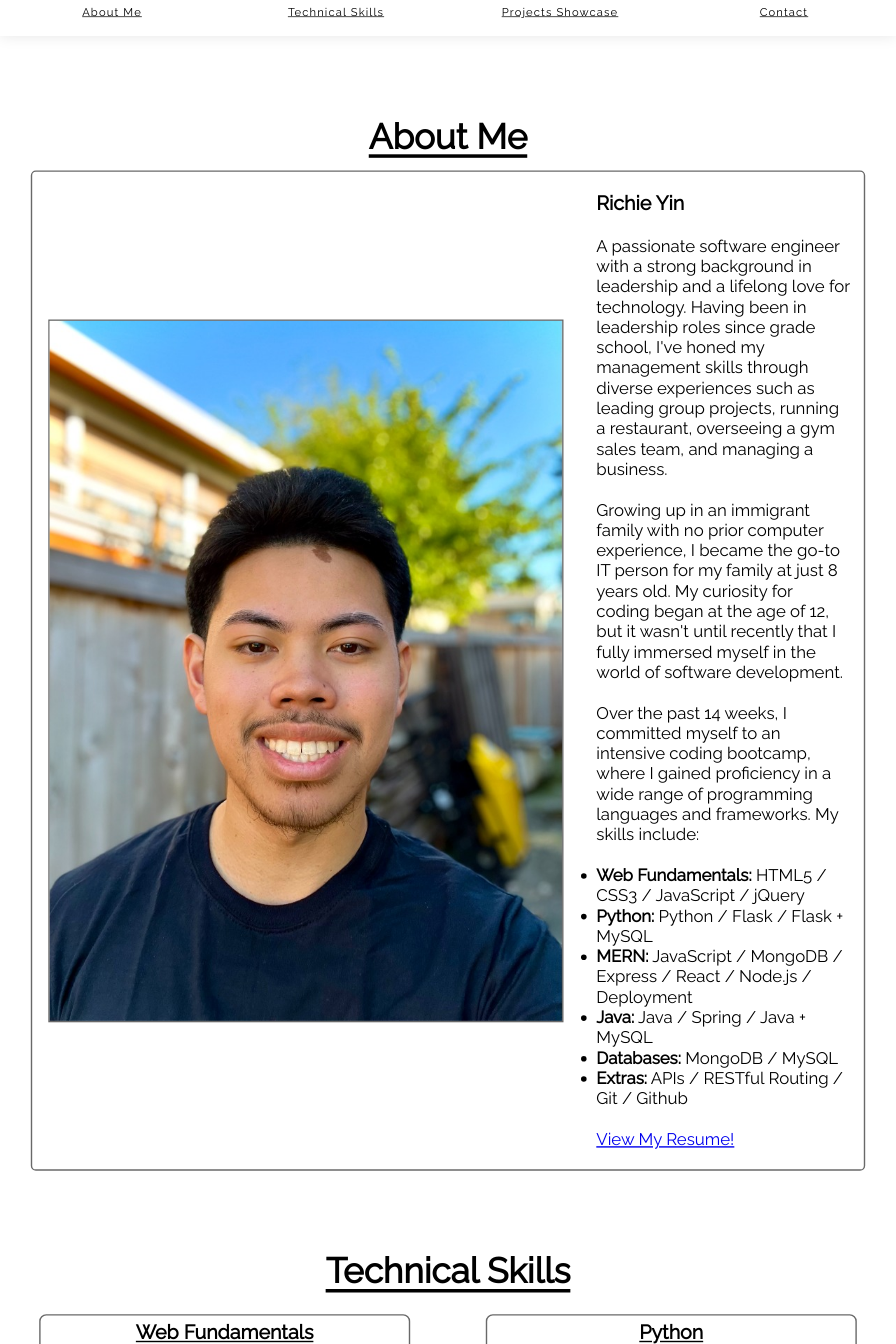
Repository: RICHIE-YIN/Personal-Portfolio
Page: index.html
The author's editor kept a copy of each file at every save. The page is drawn from the files as they stood at one save, then again after the next save.
The browser window is 1280 px wide. The pictures show the part of the page from y = 668 to 2588 px (the page is 4193 px tall), at 70% of full size.
Some web fonts or font styles are not loaded; a fallback is used.

Above is the page before, as saved 2023-06-12 16:47:44.
Console error: ReferenceError: $ is not defined

### index.html
<!DOCTYPE html>
<html lang="en">
<head>
    <meta charset="UTF-8">
    <meta http-equiv="X-UA-Compatible" content="IE=edge">
    <meta name="viewport" content="width=device-width, initial-scale=1.0">
    <title>Document</title>
    <link rel="stylesheet" href="styles.css">
    <style></style>
    <style>
        @import url('https://fonts.googleapis.com/css2?family=Balsamiq+Sans&family=Raleway&family=Roboto&display=swap');
    </style>
</head>
<body>
    <div class="contianer">
        <section class="et-hero-tabs">
            <div class="typewriter">
                <h1 id="text">Richie Yin</h1>
            </div>
            <h3>Coding Dojo Graduate 2023</h3>
            <h3>PYTHON / MERN / JAVA</h3>
            <div id="navbar" class="et-hero-tabs-container">
                <a class="et-hero-tab" href="#profile-section">About Me</a>
                <a class="et-hero-tab" href="#skills-section">Technical Skills</a>
                <a class="et-hero-tab" href="#section5">Projects Showcase</a>
                <a class="et-hero-tab" href="#section7">Contact</a>
                <span class="et-hero-tab-slider"></span>
            </div>

        </section>
        <br>
        <br>
        <br>
        <br>
        <br>
        <br>
        <div id="profile-section" class="profile-section">
            <h1 id="about-me">About Me</h1>
            <br>
            <div class="profile-content">
                <img src="download.jpeg" alt="picture">
                <div class="profile-text">
                    <br>
                    <h3>Richie Yin</h3>
                    <br>
                    <p>A passionate software engineer with a strong background in leadership and a lifelong love for technology. Having been in leadership roles since grade school, I've honed my management skills through diverse experiences such as leading group projects, running a restaurant, overseeing a gym sales team, and managing a business.
                    <br>
                    <br>
                    <p>Growing up in an immigrant family with no prior computer experience, I became the go-to IT person for my family at just 8 years old. My curiosity for coding began at the age of 12, but it wasn't until recently that I fully immersed myself in the world of software development.
                    <br>
                    <br>
                    <p>Over the past 14 weeks, I committed myself to an intensive coding bootcamp, where I gained proficiency in a wide range of programming languages and frameworks. My skills include:</p>
                    <br>
                    <ul>
                        <li><strong>Web Fundamentals:</strong> HTML5 / CSS3 / JavaScript / jQuery</li>
                        <li><strong>Python:</strong> Python / Flask / Flask + MySQL</li>
                        <li><strong>MERN:</strong> JavaScript / MongoDB / Express / React / Node.js / Deployment</li>
                        <li><strong>Java:</strong> Java / Spring / Java + MySQL</li>
                        <li><strong>Databases:</strong> MongoDB / MySQL</li>
                        <li><strong>Extras:</strong> APIs / RESTful Routing / Git / Github</li>
                    </ul>
                    <br>
                    <a href="https://docs.google.com/document/d/1qb6DIM2U-Qcg0YsSM7015CJVzUlQM7WXHSe1P5fYUa4/edit?usp=sharing">View My Resume!</a>
                    <br>
                    <br>
                </div>
            </div>
        </div>
        <br>
        <br>
        <br>
        <br>
        <br>
        <br>
        <div id="skills-section" class="skills-section">
            <h2 id="technical-skills">Technical Skills</h2>
            <div class="card-container">
                <div class="card card1">
                    <h3 class="web">Web Fundamentals</h3>
                    <p>In our Web Fundamentals stack, we learned the fundamental basics of HTML/HTML5, CSS/CSS3, Basic JavaScript, and jQuery</p>
                    <ul>
                        <li>HTML 5</li>
                        <li>CSS 3</li>
                        <li>JavaScript</li>
                        <li>jQuery</li>
                        <li>Git/Github</li>
                        <li>Bootstrap</li>
                    </ul>
                </div>
                <div class="card card2">
                    <h3 class="python">Python</h3>
                    <p>In our Python stack, we learned Basic Python, Python Fundamentals, Python OOP, Flask, Flask + MySQL, and finally Full Stack CRUD Python</p>
                    <ul>
                        <li>Python</li>
                        <li>Flask</li>
                        <li>MySQL</li>
                        <li>APIs</li>
                    </ul>
                </div>
                <div class="card card3">
                    <h3 class="mern">MERN</h3>
                    <p>In our MERN stack, we learned advanced JavaScript, JavaScript Fundamentals, JavaScript OOP, Node, Node.js, MongoDB, React, and finally Full Stack CRUD MERN.</p>
                    <ul>
                        <li>MongoDB</li>
                        <li>Express</li>
                        <li>React</li>
                        <li>Node.js</li>
                        <li>JavaScript</li>
                    </ul>
                </div>
                <div class="card card4">
                    <h3 class="java">Java</h3>
                    <p>In our Java stack, we learned Java fundamentals, Java OOP, Java Spring, Java + MySQL, and finally Full Stack CRUD Java Spring.</p>
                    <ul>
                        <li>Java 8</li>
                        <li>JavaSpring</li>
                        <li>MySQL</li>
                    </ul>
                </div>
            </div>
        </div>
            <br>
            <br>
            <br>
        <div class="section5" id="section5">
            <h1 id="project-showcase">Project Showcase</h1>
            <br>
            <div class="l-container">
                <!-- Add the 'onclick' attribute to each card and pass a unique ID -->
                <div class="b-game-card" onclick="openPopup('project1')">
                    <div class="b-game-card__cover" style="background-image: url(/GymBud.PNG);"></div>
                </div>
                <div class="b-game-card" onclick="openPopup('project2')">
                    <div class="b-game-card__cover" style="background-image: url(/JobHunter.PNG);"></div>
                </div>
                <div class="b-game-card" onclick="openPopup('project3')">
                    <div class="b-game-card__cover" style="background-image: url(/Grab-N-Go.PNG);"></div>
                </div>
                <div class="b-game-card" onclick="openPopup('project4')">
                    <div class="b-game-card__cover" style="background-image: url(/To-Do-List.PNG);"></div>
                </div>
            </div>
        </div>
        <br>
        <br>
        <br>
        <br>
        <br>
        <br>
        <div class="section7" id="section7">
            <h1 id="contact-me">Contact Me</h1>
            <br>
            <div class="contact-box">
                <form id="contact-form" action="https://formspree.io/f/xbjewjrk" method="POST">
                <label for="name">Name:</label>
                <input type="text" id="name" name="name" required>

                <label for="email">Email:</label>
                <input type="email" id="email" name="email" required>

                <label for="message">Message:</label>
                <textarea id="message" name="message" required></textarea>

                <button type="submit">Send Message</button>
            </form>
            </div>
        </div>
        <br>
        <br>
        <br>
        <div class="section6">
            <div class="section6-container">
                <div class="project-popup" id="project1" style="display: none;">
                    <div class="project-popup-content">
                        <img src="your_gif_url_here.gif" alt="Project 1">
                        <a href="your_project_link_here" target="_blank">Check out the project</a>
                        <button onclick="closePopup('project1')">Close</button>
                    </div>
                </div>
                <div class="project-popup" id="project2" style="display: none;">
                    <div class="project-popup-content">
                        <img src="your_gif_url_here.gif" alt="Project 2">
                        <a href="your_project_link_here" target="_blank">Check out the project</a>
                        <button onclick="closePopup('project2')">Close</button>
                    </div>
                </div>
                <div class="project-popup" id="project3" style="display: none;">
                    <div class="project-popup-content">
                        <img src="your_gif_url_here.gif" alt="Project 1">
                        <a href="your_project_link_here" target="_blank">Check out the project</a>
                        <button onclick="closePopup('project3')">Close</button>
                    </div>
                </div>
                <div class="project-popup" id="project4" style="display: none;">
                    <div class="project-popup-content">
                        <img src="your_gif_url_here.gif" alt="Project 4">
                        <a href="your_project_link_here" target="_blank">Check out the project</a>
                        <button onclick="closePopup('project4')">Close</button>
                    </div>
                </div>
            </div>
        </div>
    </div>
    <script src="script.js"></script>
    <script src="https://cdnjs.cloudflare.com/ajax/libs/vanilla-tilt/1.7.0/vanilla-tilt.min.js"></script>
</body>
</html>

### styles.css

@import url('https://fonts.googleapis.com/css2?family=Balsamiq+Sans&family=Raleway&family=Roboto&display=swap');

* {
    margin: 0;
    padding: 0;
    font-family: 'Raleway', sans-serif;
}
html {
    scroll-behavior: smooth;
}


.container {
    display: flex;
    flex-wrap: wrap;
    max-width: 1200px;
    margin: 0 auto;
}

/* .header {
    background-color: none;
    overflow: hidden;
    position: absolute;
    bottom: 0;
    width: 100%;
} */
.header a {
    float: right;
    color: black;
    text-align: center;
    padding: 14px 14px;
    text-decoration: none;
    font-size: 28px;
}
.header a:hover {
    background-color: black;
    color: white;
    font-size: 40px;
    font-size-adjust: 20px;
}
.header a.split {
    float: left;
}

/* GLOBAL STYLES */
.typewriter {
    background: #333;
    padding: 2em 1em;
    display: flex;
    justify-content: center;
}

.typewriter h1 {
    color: white;
    font-family: monospace;
    overflow: hidden;
    border-right: .15em solid white;
    margin: 0 auto;
    letter-spacing: .15em;
    max-width: 100%;
    white-space: nowrap;
    text-align: center;
}

/* .first-section {
    position: relative;
} */

.sticky {
    position: fixed;
    top: 0;
    z-index: 100;
}


/* The typing effect */
@keyframes typing {
from { width: 0 }
to { width: 11em }
}

/* The typewriter cursor effect */
@keyframes blink-caret {
from, to { border-color: transparent }
50% { border-color: white }
}

.typewriter h1.hidden {
display: none;
}

.profile-section {
    display: flex;
    flex-direction: column;
    align-items: center;
    padding-left: 25px;
    padding-right: 25px;
}

.profile-content {
    display: flex;
    flex-direction: row;
    align-items: center;
    justify-content: center;
    width: 75%;
    border: #696969 solid 2px;
    padding-right: 20px;
    font-size:150%;
    border-radius: .3em;
}

/* .profile-content img {
    width: 600px;
    height: 825px;
    margin-right: 4%;
    margin-left: 2%;
} */

.profile-content img {
    max-width: 100%;
    height: auto;
    margin-right: 4%;
    margin-left: 2%;
    border: #696969 solid 2px;
}


.profile-text {
    flex: 1;
}

.card-container {
    display: flex;
    flex-wrap: wrap;
    justify-content: center;
    /* margin: 0 -10px; */
    text-align: center;
}

.row {
    display: flex;
    justify-content: center;
    margin: 10px 10px;
}


.b-game-card



.card h3 {
    margin-top: 0;
}

.card ul {
    margin: 0;
    padding: 0;
    list-style: none;
}

.card li {
    margin-bottom: 10px;
}




.et-hero-tabs, .et-slide {
    display: flex;
    flex-direction: column;
    justify-content: center;
    align-items: center;
    height: 100vh;
    position: relative;
    background: #eee;
    text-align: center;
    padding: 0 2em;
}
.et-hero-tabs h1, .et-slide h1 {
    font-size: 2rem;
    margin: 0;
    letter-spacing: 1rem;
}
.et-hero-tabs h3, .et-slide h3 {
    font-size: 1rem;
    letter-spacing: 0.3rem;
    opacity: 0.6;
}
.et-hero-tabs-container {
    display: flex;
    flex-direction: row;
    position: absolute;
    bottom: 0;
    width: 100%;
    height: 70px;
    box-shadow: 0 0 20px rgba(0, 0, 0, 0.1);
    background: #fff;
    z-index: 10;
}
.et-hero-tabs-container--top {
    position: fixed;
    top: 0;
}
.et-hero-tab {
    display: flex;
    justify-content: center;
    align-items: center;
    flex: 1;
    color: #000;
    letter-spacing: 0.1rem;
    transition: all 0.5s ease;
    font-size: 0.8rem;
}
.et-hero-tab:hover {
    color: white;
    background: rgba(102, 177, 241, 0.8);
    transition: all 0.5s ease;
}
.et-hero-tab-slider {
    position: absolute;
    bottom: 0;
    width: 0;
    height: 6px;
    background: #66b1f1;
    transition: left 0.3s ease;
}
@media (min-width: 800px) {
    .et-hero-tabs h1, .et-slide h1 {
        font-size: 3rem;
}
    .et-hero-tabs h3, .et-slide h3 {
        font-size: 1rem;
}
    .et-hero-tab {
        font-size: 1rem;
}
}






.skills-section .card.card1 {
    /* background: linear-gradient(135deg, #F0F2F5 0%, #D9DBE1 100%); */
    width: 45%;
}

.skills-section .card.card2 {
    /* background: linear-gradient(135deg, #D9DBE1 0%, #BEC1C9 100%); */
    width: 45%;
}

.skills-section .card.card3 {
    /* background: linear-gradient(135deg, #F0F2F5 0%, #BEC1C9 100%); */
    width: 45%;
}

.skills-section .card.card4 {
    /* background: linear-gradient(135deg, #BEC1C9 0%, #F0F2F5 100%); */
    width: 45%;
}




.skills-section {
    display: flex;
    flex-direction: column;
    align-items: center;
    margin-bottom: 4rem;
    padding-left: 25px;
    padding-right: 25px;
}

.skills-section h2 {
    font-size: 2.5rem;
    margin-bottom: 2rem;
}

.card-container {
    display: grid;
    grid-template-columns: 1fr;
    gap: 1.5rem;
}

.skills-section .card {
    position: relative;
    overflow: hidden;
    width: 100%;
    max-width: 100%;
    height: auto;
    border-radius: 10px;
    min-width: 280px;
    /* box-shadow: 0 2px 20px rgba(0, 0, 0, 0.5); */
    transform-style: preserve-3d;
    transform: perspective(500px);
    display: flex;
    flex-direction: column;
    justify-content: space-between;
    align-items: center;
    border: #696969 2px solid;
    transition: all 0.2s ease;
}


.skills-section .card:hover {
    transform: perspective(500px) translateY(-10px);
    box-shadow: 0 4px 30px rgba(0, 0, 0, 0.5);
}

.skills-section h3 {
    font-size: 1.75rem;
    margin-bottom: 1rem;
}

.skills-section .card p {
    padding: 10px;
}


.skills-section ul {
    list-style-type: none;
    padding: 0;
    display: grid;
    grid-template-columns: repeat(2, 1fr);
    gap: 0.5rem;
}

.skills-section li {
    font-size: 0.9rem;
    text-align: center;
    background-color: rgba(18, 18, 18, 0.8);
    color: #eee;
    border-radius: 8px;
    padding: 0.5em 0.2em 0.5em 0.2em;
}

.web, .python, .mern, .java {
    text-decoration: underline;
    margin-top: 1.5%;
}

.section5 {
    margin: 0 auto; /* Center the section horizontally */
    padding: 20px; /* Add padding to give some space */
    width: 95%; /* Control the width of the section */
    max-width: 1200px; /* Maximum width of the section */
}

.l-container {
    display: flex; /* Align the cards in a row */
    flex-wrap: wrap; /* Wrap the cards to the next line when they don't fit */
    justify-content: space-between; /* Distribute equal space between the cards */
    margin: 20px 0; /* Add some margin to the top and bottom */
}

.project-popup {
    display: none;
    position: fixed;
    top: 50%;
    left: 50%;
    transform: translate(-50%, -50%);
    z-index: 9999;
    background-color: rgba(0, 0, 0, 0.8);
    width: 100%;
    height: 100%;
    padding: 20px;
}

.project-popup-content {
    position: absolute;
    top: 50%;
    left: 50%;
    transform: translate(-50%, -50%);
    text-align: center;
    background-color: white;
    color: black;
    padding: 20px;
    border-radius: 10px;
    box-shadow: 0 5px 15px rgba(0, 0, 0, 0.3);
}

.project-popup-content img {
    max-width: 100%;
    height: auto;
}

.project-popup-content a {
    display: inline-block;
    text-decoration: none;
    color: white;
    background-color: #f6d365;
    padding: 10px 20px;
    margin-top: 15px;
    border-radius: 5px;
    transition: background-color 0.3s;
}

.project-popup-content a:hover {
    background-color: #fda085;
}

.project-popup-content button {
    display: inline-block;
    text-decoration: none;
    color: white;
    background-color: #333;
    padding: 5px 10px;
    margin-top: 15px;
    border-radius: 5px;
    border: none;
    cursor: pointer;
    transition: background-color 0.3s;
}

.project-popup-content button:hover {
    background-color: #555;
}




.l-container {
    display: grid;
    grid-template-columns: repeat(4, 1fr);
    grid-gap: 30px; /* Adjust space between the cards */
    width: 100%; /* Set the width to 100% */
    max-width: 1800px; /* Increase the container max-width */
    margin: 0 auto;
}

@media screen and (max-width: 760px) {
    .l-container {
        grid-template-columns: repeat(2, 1fr);
    }
}

.b-game-card {
    position: relative;
    /* z-index: 1; */
    width: 100%;
    padding-bottom: 56.25%; /* Adjust the aspect ratio to 16:9 */
    perspective: 1000px;
    display: inline-block;
    vertical-align: top;
    border: #000 solid 2px;
}

.b-game-card__cover {
    position: absolute;
    /* z-index: 1; */
    top: 0;
    left: 0;
    width: 100%; /* Set the width to 100% */
    height: 100%; /* Set the height to 100% */
    overflow: hidden;
    background-image: linear-gradient(120deg, #f6d365 0%, #fda085 100%);
    background-size: cover;
    background-position: center;
    perspective-origin: 50% 50%;
    transform-style: preserve-3d;
    transform-origin: top center;
    will-change: transform;
    transform: skewX(0.001deg);
    transition: transform 0.35s ease-in-out;
}


.b-game-card__cover::after {
    display: block;
    content: "";
    position: absolute;
    z-index: 100;
    top: 0;
    left: 0;
    width: 100%;
    height: 120%;
    background: linear-gradient(226deg, rgba(255, 255, 255, 0.4) 0%, rgba(255, 255, 255, 0.4) 35%, rgba(255, 255, 255, 0.2) 42%, rgba(255, 255, 255, 0) 60%);
    transform: translateY(-20%);
    will-change: transform;
    transition: transform 0.65s cubic-bezier(0.18, 0.9, 0.58, 1);
}
.b-game-card:hover .b-game-card__cover {
    transform: rotateX(7deg) translateY(-6px);
}
.b-game-card:hover .b-game-card__cover::after {
    transform: translateY(0%);
}
.b-game-card::before {
    display: block;
    content: "";
    position: absolute;
    top: 5%;
    left: 5%;
    width: 90%;
    height: 90%;
    background: rgba(0, 0, 0, 0.5);
    box-shadow: 0 6px 12px 12px rgba(0, 0, 0, 0.4);
    will-change: opacity;
    transform-origin: top center;
    transform: skewX(0.001deg);
    transition: transform 0.35s ease-in-out, opacity 0.5s ease-in-out;
}
.b-game-card:hover::before {
    opacity: 0.6;
    transform: rotateX(7deg) translateY(-6px) scale(1.05);
}

.gif-container {
    margin-bottom: 20px;
}

.link-container {
    display: flex;
    flex-direction: column;
    align-items: center;
    gap: 10px;
}

/* General styles */
body {
    font-family: Arial, sans-serif;
}

.section7 {
    /* background-color: #f8f8f8; */
    display: flex;
    flex-direction: column;
    align-items: center;
    /* padding: 25px 0; */
    width: 90%; /* Decreased from 100% */
    margin: 0 auto; /* Centers the section if width is less than 100% */
}

.contact-box {
    display: flex;
    flex-direction: column;
    align-items: center;
    justify-content: center;
    width: 75%;
    border: #696969 solid 1.5px;
    padding: 20px;
    border-radius: .5em;
}

form {
    display: grid;
    gap: 15px;
    width: 100%;
}

input[type="text"],
input[type="email"],
textarea {
    /* width: 100%;  */
    padding: 10px;
    border: 1px solid #ccc;
    border-radius: 3px;
    font-size: 14px;
    font-family: inherit;
}

textarea {
    resize: vertical;
    min-height: 100px;
}

/* Button styles */
button[type="submit"] {
    width: 100%;
    background-color: #959595;
    color: white;
    padding: 20px 20px;
    border: none;
    border-radius: 4px;
    cursor: pointer;
    font-size: 16px;
    transition: background-color 0.3s;
}

button[type="submit"]:hover {
    background-color: #555555;
}


.profile-section .profile-content,
.skills-section .card-container,
.section5 .l-container,
.section7 .contact-box {
  width: 95%; /* Adjust as needed */
  max-width: 1600px; /* Adjust as needed */
  margin: 0 auto; /* This will center the content */
}

.skills-section .card-container {
    display: flex; /* Align the cards in a row */
    flex-wrap: wrap; /* Wrap the cards to the next line when they don't fit */
    justify-content: space-between; /* Distribute equal space between the cards */
}

#about-me, #technical-skills, #contact-me, #project-showcase {
    font-size: 50px;
    text-align: center;
    text-decoration: underline;
    text-underline-offset: 0.15em;
}

Loaded but not shown: script.js (163 lines, source omitted)

After the next save:
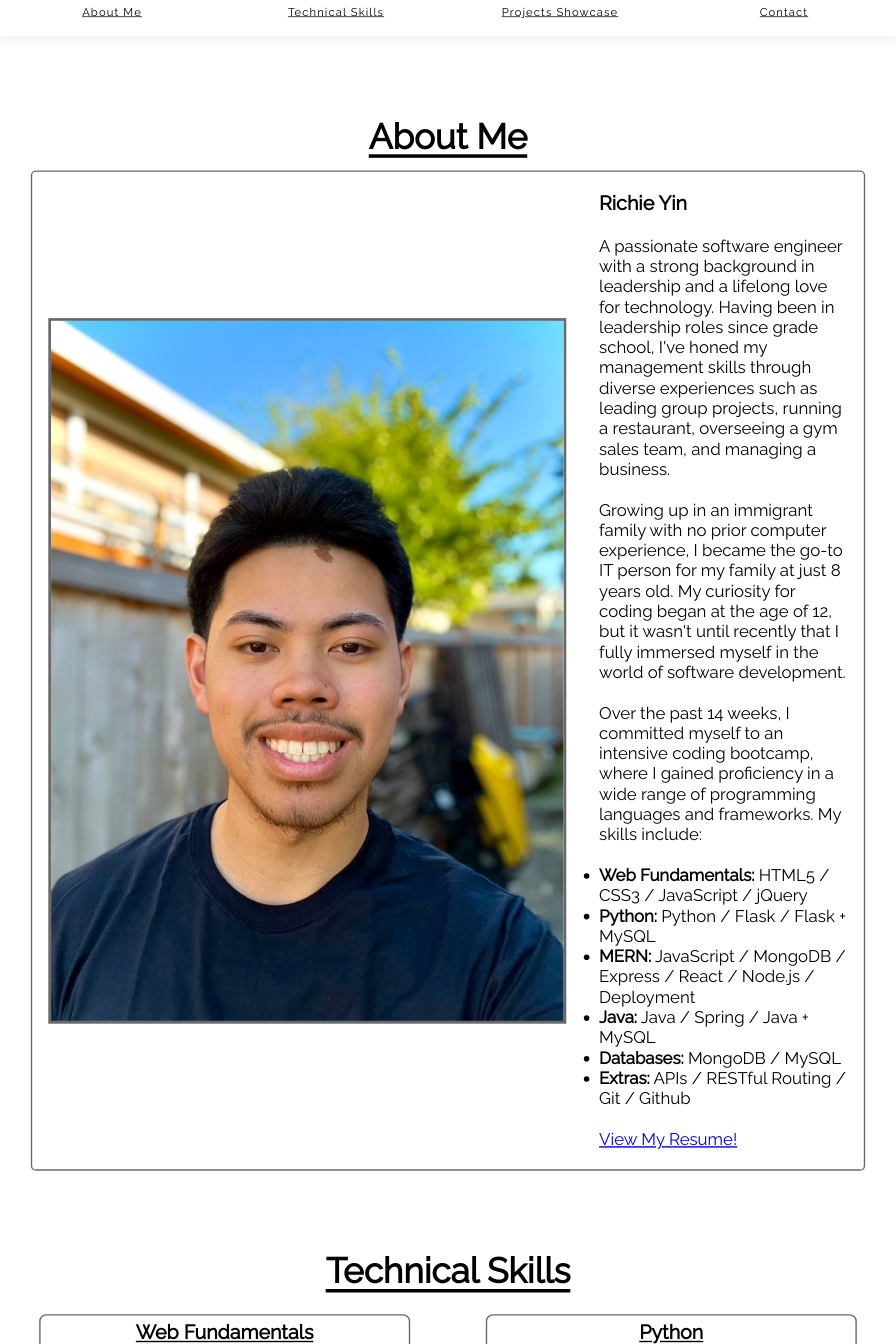
Saved 5 s later.
--- a/styles.css
+++ b/styles.css
@@ -122,7 +122,7 @@ display: none;
     height: auto;
     margin-right: 4%;
     margin-left: 2%;
-    border: #696969 solid 2px;
+    border: #696969 solid 4px;
 }
 
 
